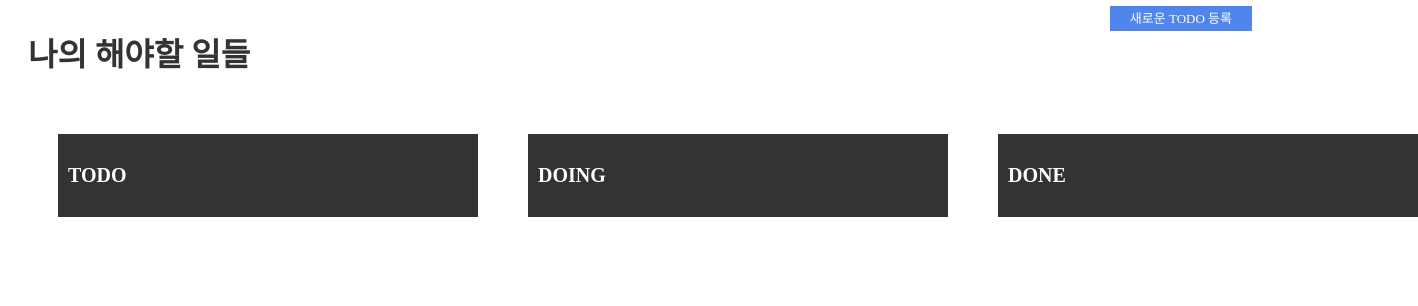
Repository: estellechoi/jsp-project-todo
Page: http://localhost/todo/MainServlet
An editor plug-in stored every save of this project. The page is shown before and after the next save, followed by the edit.
The browser window is 1280 px wide. The page is 1418 px wide, so the pictures cover 1418 px, including what lies to the right of the window. The pictures show the whole page.
The page is served by Tomcat 9. Other server files are loaded and not shown. Queries for data that is not in the repository find no rows.

Above is the page before, as saved 2019-12-08 07:40:46.

### todo/src/main/webapp/jsp/main.jsp
<%@page import="kr.co.todo.dto.TodoDto"%>
<%@page import="java.util.List"%>
<%@ page language="java" contentType="text/html; charset=UTF-8"
    pageEncoding="UTF-8"%>
<%@ taglib prefix="c" uri="http://java.sun.com/jsp/jstl/core" %>

<!DOCTYPE html>
<html>
<head>
<meta charset="UTF-8">
<title>나의 해야할 일들</title>
<style>
	section {
		display: flex;
	}

	ul {
		margin-left: 10px;
	}

	li {
		list-style-type: none;
		margin-top: 10px;
	}


	header {
		height: 100px;
		padding: 0px 20px 0px 20px;
	}

	#header_logo {
		color: #333333;
		font-weight: bold;
		float: left;
	}

	#header_btns {
		float: right;
	}

	#btn_skyblue_white {
		background: #5085EB;
		color: white;
		padding: 5px 20px;
		text-decoration: none;
		font-size: 13px;
	}

	.type_columns {
		width: 400px;
		padding: 30px 10px;
		background: #333333;
		color: white;
		font-size: 20px;
		font-weight: bold;
	}

	.content_list {
		position: relative;
		width: 400px;
		padding: 20px 10px;
		background: #d2d2d2;
		color: #333333;
	}

	.title {
		font-weight: bold;
		letter-spacing: 2px;
	}

	.content {
		font-size: 13px;
		margin-top: 20px;
	}
	.btn_update {
		position: absolute;
		top: 50px;
		left: 370px;
		text-decoration: none;
		color: #333333;
		font-weight: bold;
	}
	.btn_delete {
		position: absolute;
		top: 50px;
		left: 370px;
		text-decoration: none;
		color: #ED6653;
		font-weight: bold;
	}

</style>
</head>
<body>
	<header>
		<h1 id="header_logo">나의 해야할 일들</h1>
		<nav id="header_btns">
			<a id="btn_skyblue_white" href="TodoFormServlet">새로운 TODO 등록</a>
		</nav>
	</header>
	<!-- section 시작  -->
	<section>
		<!-- TODO -->
		<ul id="todo">
			<li class="type_columns">TODO</li>
			<c:forEach items="${requestScope.getTodos}" var="todoDto">
				<!-- todoDto.type 이 'TODO' 인 것만 출력 -->
				<c:if test="${todoDto.type eq 'TODO'}">
					<li class="content_list" id="${todoDto.id}">
						<span class="title">${todoDto.title}</span> <br />
						<span class="content">등록날짜 : ${todoDto.regDate}, ${todoDto.name}, 우선순위 ${todoDto.sequence}</span>
						<a class="btn_update" href="javascript:updateType('${todoDto.id}', '${todoDto.type}')">변경</a>
					</li>
				</c:if>
			</c:forEach>
		</ul>
		<!-- DOING -->
		<ul id="doing">
			<li class="type_columns">DOING</li>
			<c:forEach items="${requestScope.getTodos}" var="todoDto">
				<!-- 'DOING' 인 것만 출력 -->
				<c:if test="${todoDto.type eq 'DOING'}">
					<li class="content_list" id="${todoDto.id}">
						<span class="title">${todoDto.title}</span> <br />
						<span class="content">등록날짜 : ${todoDto.regDate}, ${todoDto.name}, 우선순위 ${todoDto.sequence}</span>
						<a class="btn_update" href="javascript:updateType('${todoDto.id}', '${todoDto.type}')">완료</a>
					</li>
				</c:if>
			</c:forEach>
		</ul>
		<!-- DONE -->
		<ul id="done">
			<li class="type_columns">DONE</li>
			<c:forEach items="${requestScope.getTodos}" var="todoDto">
				<!-- 'DONE' 인 것만 -->
				<c:if test="${todoDto.type eq 'DONE'}">
					<li class="content_list" id="${todoDto.id}">
						<span class="title">${todoDto.title}</span> <br />
						<span class="content">등록날짜 : ${todoDto.regDate}, ${todoDto.name}, 우선순위 ${todoDto.sequence}</span>
						<a class="btn_delete" href="javascript:updateType('${todoDto.id}', '${todoDto.type}')">지우기</a>
					</li>
				</c:if>
			</c:forEach>
		</ul>
	</section>
	<!-- js 경로를 찾을 때 ContextPath 넣지 않는 방법은 ? -->
	<script type="text/javascript" src="<%=request.getContextPath()%>/etc/updatelist.js"></script>
</body>
</html>

### todo/src/main/java/kr/co/todo/servlet/MainServlet.java
package kr.co.todo.servlet;

import java.io.IOException;
import java.sql.SQLException;
import java.util.List;

import javax.servlet.RequestDispatcher;
import javax.servlet.ServletException;
import javax.servlet.annotation.WebServlet;
import javax.servlet.http.HttpServlet;
import javax.servlet.http.HttpServletRequest;
import javax.servlet.http.HttpServletResponse;

import kr.co.todo.dao.TodoDao;
import kr.co.todo.dto.TodoDto;

@WebServlet("/MainServlet")
public class MainServlet extends HttpServlet {
	private static final long serialVersionUID = 1L;

	public MainServlet() {
		super();

	}

	protected void doGet(HttpServletRequest request, HttpServletResponse response)
			throws ServletException, IOException {

		TodoDao todoDao = new TodoDao();

		// 모든 레코드 조회
		List<TodoDto> list = todoDao.getTodos();
		request.setAttribute("getTodos", list);

		// main.jsp 로 포워드 하기
		RequestDispatcher requestDispatcher = request.getRequestDispatcher("/jsp/main.jsp");
		requestDispatcher.forward(request, response);

	}

}

### todo/src/main/java/kr/co/todo/dao/TodoDao.java
package kr.co.todo.dao;

import java.sql.Connection;
import java.sql.DriverManager;
import java.sql.PreparedStatement;
import java.sql.ResultSet;
import java.sql.SQLException;
import java.sql.Statement;
import java.util.ArrayList;
import java.util.List;

import kr.co.todo.dto.TodoDto;

public class TodoDao {

	String dbUrl = "jdbc:mysql://localhost:3306/youjin?useSSL=false&serverTimezone=UTC&autoReconnection=true";
	String dbUser = "estellechoi";
	String dbPwd = "yk0425";

	// Main.jsp 에 표시될 전체 toto 목록
	public List<TodoDto> getTodos() {

		// 드라이버 로드
		try {
			Class.forName("com.mysql.cj.jdbc.Driver");
		} catch (ClassNotFoundException e) {
			e.printStackTrace();
		}

		List<TodoDto> list = new ArrayList<TodoDto>();

		String sql = "select id, name, regdate, sequence, title, type from todo";

		try (Connection conn = DriverManager.getConnection(dbUrl, dbUser, dbPwd);
				Statement stmt = conn.createStatement()){

			try (ResultSet rs = stmt.executeQuery(sql)) {
				while (rs.next()) {
					TodoDto todoDto = new TodoDto(rs.getInt("id"), rs.getString("name"), rs.getString("regdate"), rs.getInt("sequence"), rs.getString("title"), rs.getString("type"));
					list.add(todoDto);
				}
			}
			catch (Exception e) {
				e.printStackTrace();
			}
		}
		catch (Exception e) {
			e.printStackTrace();
		}

		return list;
	}

	// 할 일 등록
	public int addTodo(TodoDto todoDto) {

		try {
			Class.forName("com.mysql.cj.jdbc.Driver");
		} catch (ClassNotFoundException e) {
			e.printStackTrace();
		}

		int insertCount = 0;
		String sql = "insert into todo(title, name, sequence, regdate) values(?,?,?, now())";

		try (Connection conn = DriverManager.getConnection(dbUrl, dbUser, dbPwd);
			PreparedStatement pstmt = conn.prepareStatement(sql)) {
				pstmt.setString(1, todoDto.getTitle());
				pstmt.setString(2, todoDto.getName());
				pstmt.setInt(3, todoDto.getSequence());
				insertCount = pstmt.executeUpdate(); // CREATE / DROP 관련 구문에서는 -1 을 반환
		}
		// what about nullpointerexception ?
		catch (SQLException e) {
			e.printStackTrace();
		}

		return insertCount;
	}

	public int updateTodo(TodoDto todoDto) {

		try {
			Class.forName("com.mysql.cj.jdbc.Driver");
		} catch (ClassNotFoundException e) {
			e.printStackTrace();
		}

		int updateCount = 0;
		String sql = "update todo set type = ? where id = ?";

		try (Connection conn = DriverManager.getConnection(dbUrl, dbUser, dbPwd);
				PreparedStatement pstmt = conn.prepareStatement(sql)){
			pstmt.setString(1, todoDto.getType());
			pstmt.setLong(2, todoDto.getId());
			updateCount = pstmt.executeUpdate();
		} catch (SQLException e) {
			e.printStackTrace();
		}

		return updateCount;
	}

	public int deleteTodo(long id) {
		try {
			Class.forName("com.mysql.cj.jdbc.Driver");
		} catch (ClassNotFoundException e) {
			e.printStackTrace();
		}

		int deleteCount =0;
		String sql = "delete from todo where id = " + id;

		try (Connection conn = DriverManager.getConnection(dbUrl, dbUser, dbPwd);
				Statement stmt = conn.createStatement()){
			deleteCount = stmt.executeUpdate(sql);
		}
		catch (SQLException e) {
			e.printStackTrace();
		}

		return deleteCount;
	}
}

### todo/src/main/webapp/etc/updatelist.js
/**
 *
 */

	function updateType(id, type) {

		var oReq = new XMLHttpRequest(); // oReq.UNSENT == 0

		// 이벤트 리스너 콜백함수 등록
		/*
		oReq.addEventListener("load", function() {
			if (this.responseText == "success") {
				// 프론트 처리
			}
		});
		*/

		// onreadystatechange 대신에 onload를 사용해도 됩니다. 요청 완료만 잡아내도 된다면요.
		oReq.onreadystatechange = function() {
			if (oReq.readyState == oReq.DONE) { // 요청이 완료되면 (oReq.DONE == 4)
				if (oReq.status == 200 || oReq.status == 201) {
					if (oReq.responseText == "success") {
						// responseText : 현재까지 읽은 응답의 전체 값을 반환
						// 프론트 처리
						alert(oReq.responseText);
						// 리스트 재정렬 함수 호출
						updateList(id, type);
					}
				}
				else {
					console.error(this.responseText);
				}
			}
		}

		oReq.open("GET", "TodoTypeServlet?id=" + id + "&type=" + type); // oReq.OPENED == 1
		oReq.send(); // oReq.HEADERS_RECEIVED (2) -> LOADING (3) -> DONE (4)
	}

	function updateList(id, type) {
		const targetList = document.getElementById(id);

		switch(type) {
		case "TODO" :
			document.querySelector("#todo").removeChild(targetList);
			document.querySelector("#doing").append(targetList);
			break;
		case "DOING" :
			document.querySelector("#doing").removeChild(targetList);
			document.querySelector("#done").append(targetList);
			break;
		case "DONE" :
			document.querySelector("#done").removeChild(targetList);
			break;
		default:
			break;

		}
	}

After the next save:
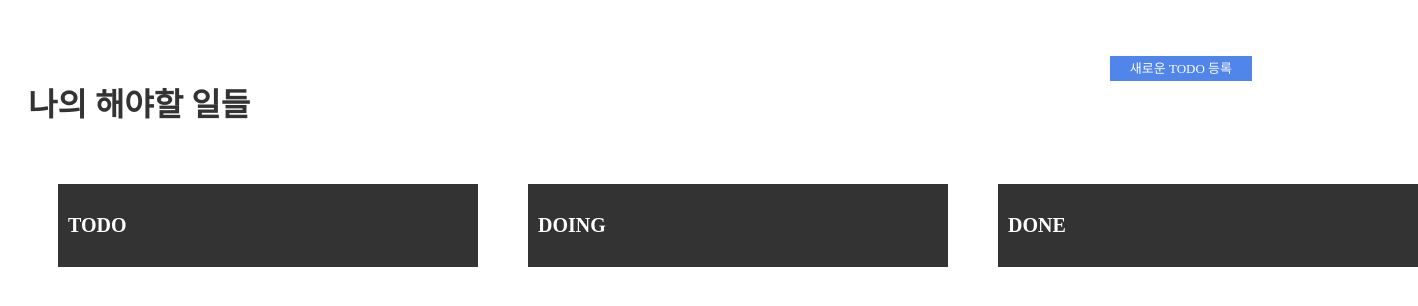
Saved 7 s later.
--- a/todo/src/main/webapp/jsp/main.jsp
+++ b/todo/src/main/webapp/jsp/main.jsp
@@ -26,7 +26,7 @@
 
 	header {
 		height: 100px;
-		padding: 0px 20px 0px 20px;
+		padding: 50px 20px 0px 20px;
 	}
 
 	#header_logo {
